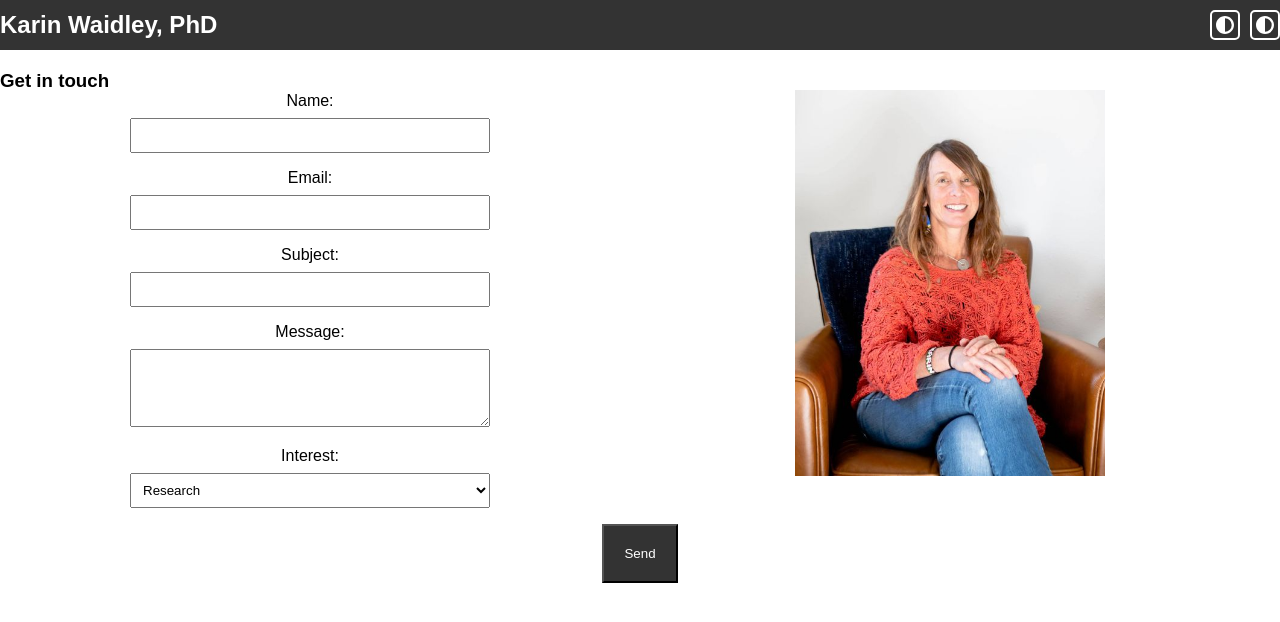
Repository: Ceasor7/Karin
Page: contact.html
The author's editor kept a copy of each file at every save. The page is drawn from the files as they stood at one save, then again after the next save.
The browser window is 1280 px wide. The pictures show the whole page.

Above is the page before, as saved 2023-12-14 13:17:34.

### contact.html
<!DOCTYPE html>
<html lang="en">

<head>
    <meta charset="UTF-8">
    <meta name="viewport" content="width=device-width, initial-scale=1.0">
    <title>Karin Waidley, PhD | Contact</title>
    <style>
        /* Resetting some default styles for better consistency */
        body,
        h1,
        h2,
        h3,
        p,
        ul,
        li {
            margin: 0;
            padding: 0;
            list-style: none;
        }

        /* Global styles */
        body {
            font-family: Arial, sans-serif;
        }

        /* Navbar styles */
        header {
            background-color: #333;
            color: white;
            padding: 10px 0;
        }

        .navbar {
            display: flex;
            justify-content: space-between;
            align-items: center;
        }

        .navbar-logo {
            font-size: 1.5em;
            font-weight: bold;
        }

        .navbar-icons {
            display: flex;
            gap: 10px;
        }

        .dark-mode-toggle {
            color: var(--secondary-color);
            border: 2px solid currentColor;
            padding: 4px;
            background: transparent;
            cursor: pointer;
            border-radius: 5px;
            width: 30px;
            height: 30px;
        }

        /* Main content styles */
        section {
            margin-top: 20px;
        }

        /* Contact form styles */
        form {
            max-width: 600px;
            margin: 0 auto;
            text-align: center;
        }

        label {
            display: block;
            margin-bottom: 8px;
        }

        input,
        textarea,
        select {
            width: 60%;
            padding: 8px;
            margin-bottom: 16px;
            box-sizing: border-box;
        }

        /* New section styles */
        .image-section {
            text-align: center;
            margin-top: 20px;
        }

        .image-section img {
            max-width: 50%;
            height: auto;
        }

        /* Add this CSS to make the two divs beside each other */
        .flex-container {
            display: flex;
            justify-content: space-between;
            margin-top: 20px;
        }

        .flex-container>div {
            flex: 1;
            margin-right: 20px;
        }

        .form-button {
            text-align: center;
        }

        .formSend-button {
            padding: 20px;
            background-color: #333;
            color: white;
        }
    </style>
</head>

<body>
    <header>
        <div class="navbar">
            <div class="navbar-logo">Karin Waidley, PhD</div>
            <div class="navbar-icons">
                <button id="dark-mode-toggle" class="dark-mode-toggle">
                    <svg width="100%" xmlns="http://www.w3.org/2000/svg" viewBox="0 0 496 496">
                        <path fill="currentColor"
                            d="M8,256C8,393,119,504,256,504S504,393,504,256,393,8,256,8,8,119,8,256ZM256,440V72a184,184,0,0,1,0,368Z"
                            transform="translate(-8 -8)" />
                    </svg>
                </button>
                <button id="dark-mode-toggle" class="dark-mode-toggle">
                    <svg width="100%" xmlns="http://www.w3.org/2000/svg" viewBox="0 0 496 496">
                        <path fill="currentColor"
                            d="M8,256C8,393,119,504,256,504S504,393,504,256,393,8,256,8,8,119,8,256ZM256,440V72a184,184,0,0,1,0,368Z"
                            transform="translate(-8 -8)" />
                    </svg>
                </button>
            </div>
        </div>
    </header>
    <div class="flex-container">
        <div>
            <h3>Get in touch</h1>
                <form>
                    <label for="name">Name:</label>
                    <input type="text" id="name" name="name" required>

                    <label for="email">Email:</label>
                    <input type="email" id="email" name="email" required>

                    <label for="subject">Subject:</label>
                    <input type="text" id="subject" name="subject" required>

                    <label for="message">Message:</label>
                    <textarea id="message" name="message" rows="4" required></textarea>

                    <label for="interest">Interest:</label>
                    <select id="interest" name="interest">
                        <option value="research">Research</option>
                        <option value="speaking">Speaking</option>
                        <option value="teaching">Teaching</option>
                        <option value="community-reach">Community Reach</option>
                    </select>
                </form>
        </div>
        <!-- New section with image -->
        <div class="image-section">
            <img src="images/Karin.jpeg" alt="Karin Waidley">
        </div>
    </div>
    <div class="form-button">
        <button class="formSend-button" type="submit">Send</button>
    </div>


</body>

</html>

After the next save:
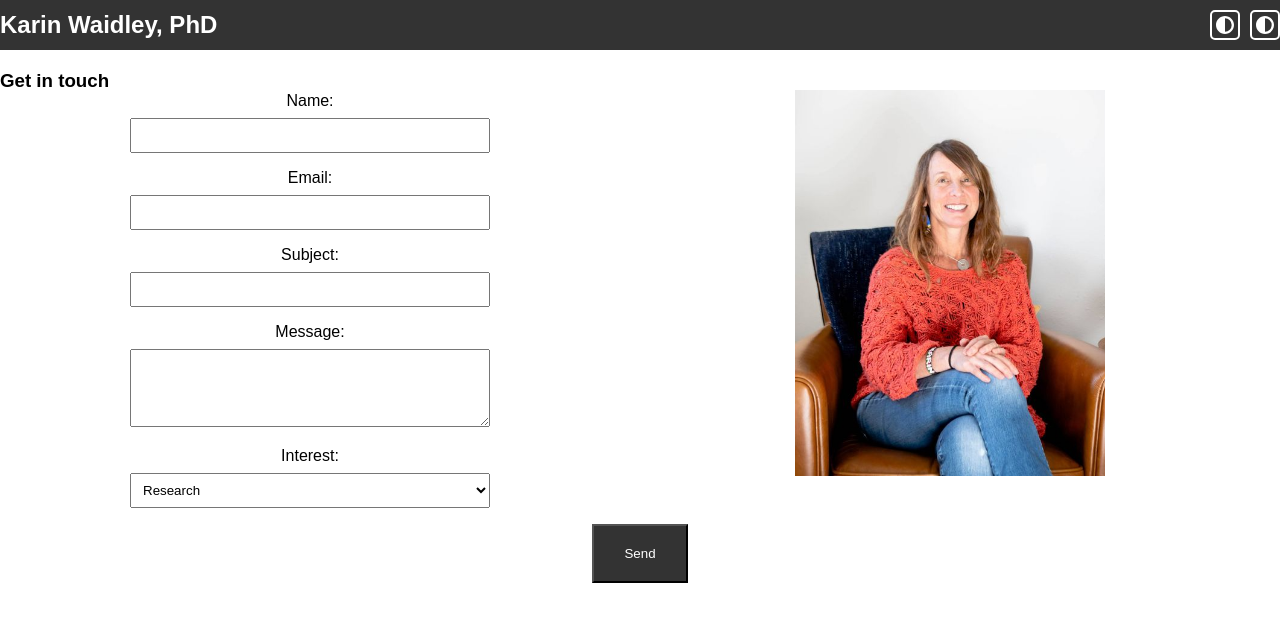
Saved 31 s later.
--- a/contact.html
+++ b/contact.html
@@ -115,6 +115,8 @@
             padding: 20px;
             background-color: #333;
             color: white;
+            padding-left: 30px;
+            padding-right: 30px;
         }
     </style>
 </head>
